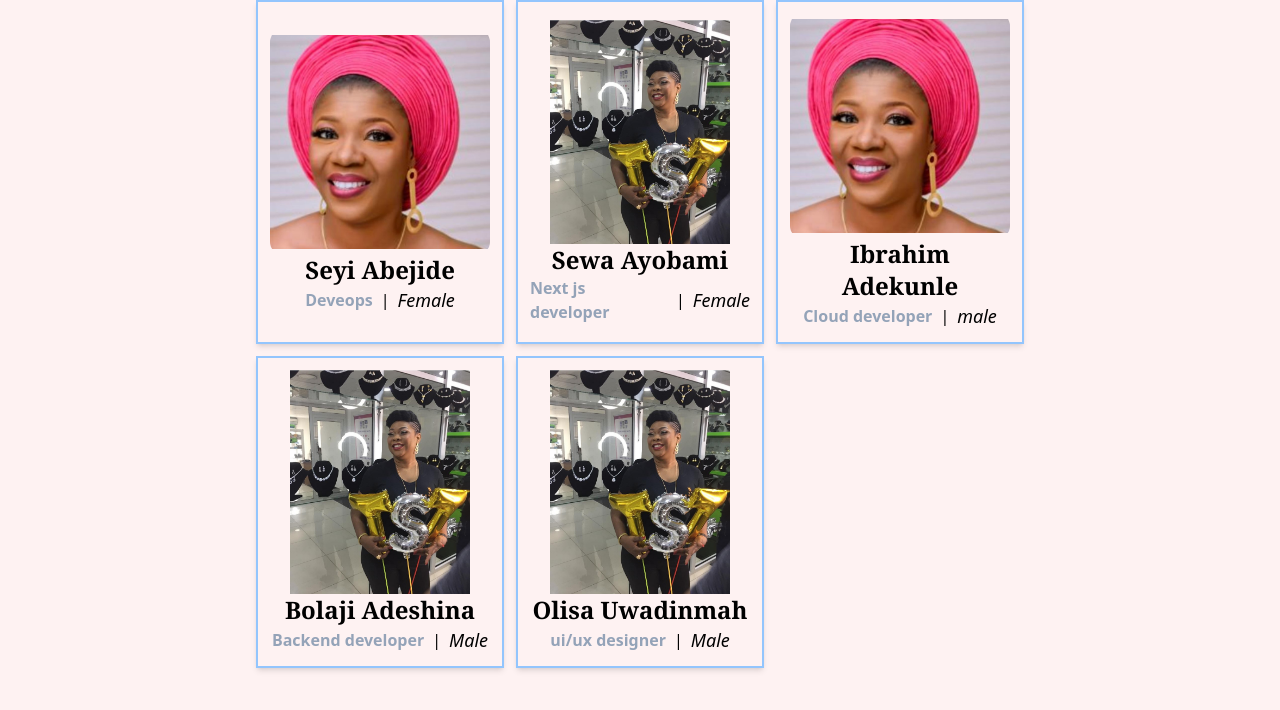
Repository: Semanmernstack/Bincom
Page: /
An editor plug-in stored every save of this project. The page is shown before and after the next save, followed by the edit.
The browser window is 1280 px wide. The pictures show the whole page.
The project was rebuilt for these pictures with package versions that can differ from the ones it lists, and the page was loaded fresh each time. The framework's server and built-in components were replaced by stand-ins that run in the browser. Also part of the build but not shown: next.config.mjs.

Above is the page before, as saved 2024-01-25 05:40:13.

### app/layout.tsx
import type { Metadata } from "next";
import { Inter } from "next/font/google";
import "./globals.css";

const inter = Inter({ subsets: ["latin"] });

export const metadata: Metadata = {
  title: "Create Next App",
  description: "Generated by create next app",
};

export default function RootLayout({
  children,
}: Readonly<{
  children: React.ReactNode;
}>) {
  return (
    <html lang="en">
      <body className=" min-h-screen bg-red-50">{children}</body>
    </html>
  );
}

### app/page.tsx
import slidefour from "../public/slidefour.png"


import slidethree from "../public/slidethree.png"
import SetUp from "./components/SetUp";


const data = [
  {
    id: "1",
    title: "Seyi Abejide",
    image:"slidefour.png",
    role: "Deveops",
    gender: "Female",

  },
  {
    id: "2",
    title: "Sewa Ayobami",
    image: "slidethree.png",
    role: "Next js developer",
    gender: "Female"

  },
  {
    id: "3",
    title: "Ibrahim Adekunle",
    image:"slidefour.png",
    role: "Cloud developer",
    gender: "male",

  },
  {
    id: "4",
    title: "Bolaji Adeshina",
    image: "slidethree.png",
    role: "Backend developer",
    gender: "Male",

  },
  {
    id: "5",
    title: "Olisa Uwadinmah",
    image: "slidethree.png",
    role: "ui/ux designer",
    gender: "Male",

  },


];



export default function Home() {
  return (
    <main className=" flex flex-col max-w-3xl mx-auto ">
      <div className="grid grid-cols-1 sm:grid-cols-2 md:grid-cols-3 gap-3">
          {data.map((p, index)=> (
              <div className=" border-2 border-blue-300 shadow-md items-center justify-center flex" key={index}>
                <SetUp
                  id={p.id}
                  title={p.title}
                  image={p.image}
                  role={p.role}
                  gender= {p.gender}
                />
              </div>

          ))}


      </div>



    </main>
  );
}

### app/components/SetUp.tsx
import React from 'react'
interface B {
    id: string
    title: string
    image: string
    role: string
    gender: string
}


function SetUp({id, title, image, role, gender}:B) {
  return (
    <div className=' p-3 '>
      <img src={image} alt="image" className='h-56 w-56 rounded-xl  object-contain' />
      <div className='flex flex-col items-center justify-between'>
        <h1 className='font-bold text-center font-serif textt-xl md:text-2xl'>{title}</h1>
        <div className='flex items-center justify-between gap-2'>
          <h2 className='font-bold text-slate-400 '>{role}</h2>
          <h2>|</h2>
          <h2 className='text-sm sm:text-lg italic'>{gender}</h2>
        </div>

        <div>

        </div>

      </div>

    </div>
  )
}

export default SetUp

Loaded but not shown: app/globals.css (common file); tailwind.config.ts (common file)

After the next save:
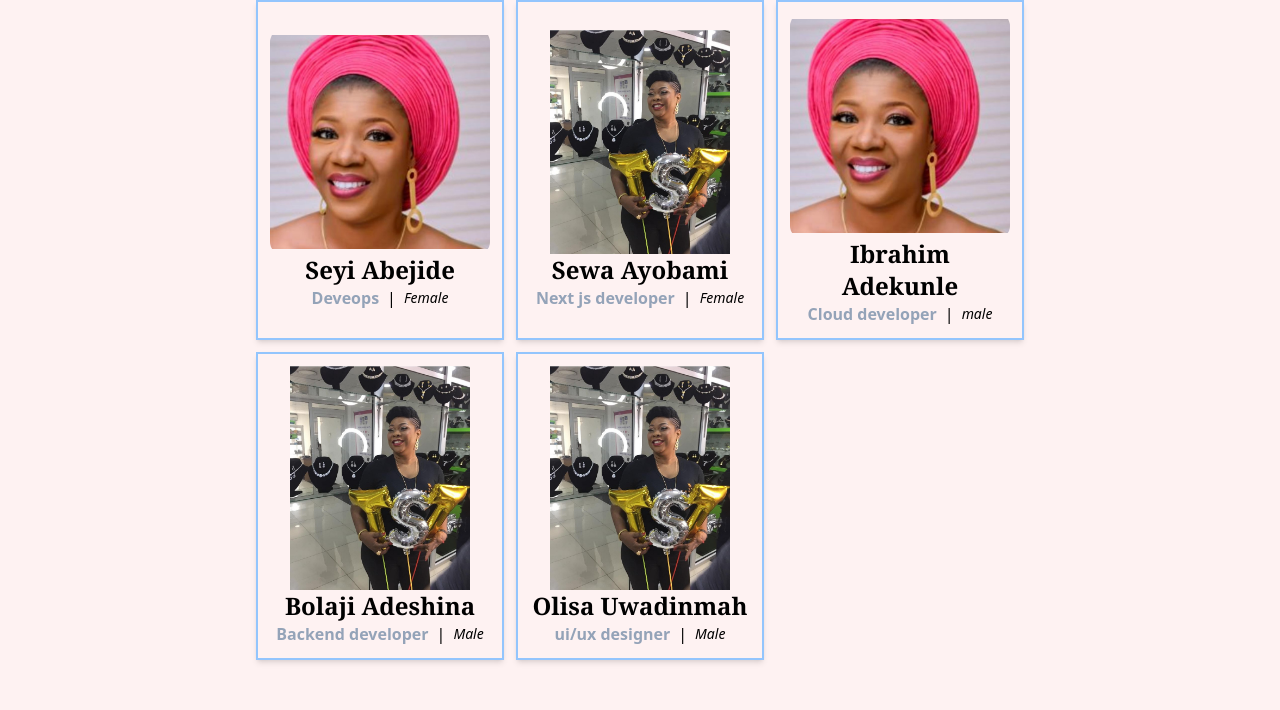
Saved 3 h 0 min later.
--- a/app/components/SetUp.tsx
+++ b/app/components/SetUp.tsx
@@ -17,7 +17,7 @@ function SetUp({id, title, image, role, gender}:B) {
         <div className='flex items-center justify-between gap-2'>
           <h2 className='font-bold text-slate-400 '>{role}</h2>
           <h2>|</h2>
-          <h2 className='text-sm sm:text-lg italic'>{gender}</h2>
+          <h2 className='text-xs sm:text-sm italic'>{gender}</h2>
         </div>
 
         <div>
